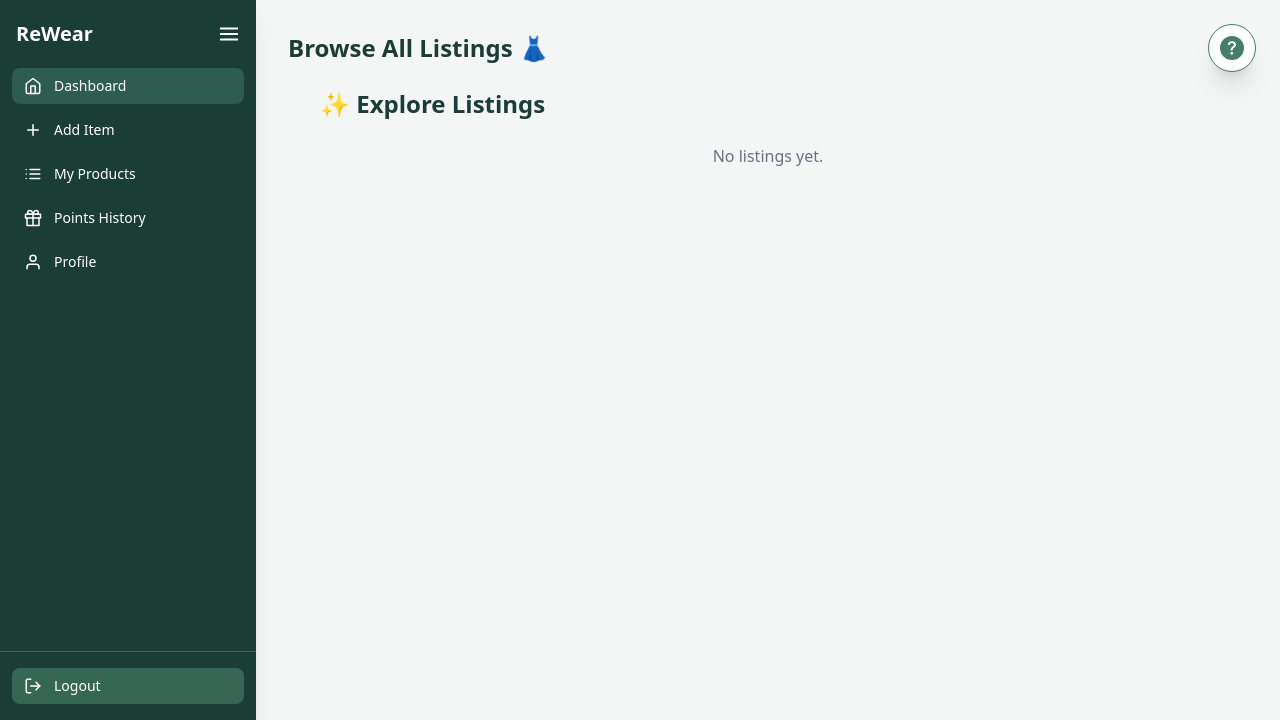
Repository: Swastikkkkk/vv
Page: /user (app in OneDrive/Desktop/Yuzichahal/frontend/)
The author's editor kept a copy of each file at every save. The page is drawn from the files as they stood at one save, then again after a run of saves.
The browser window is 1280 px wide. The pictures show the whole page.
The page's requests for data from a server got no answer. The project was rebuilt for these pictures with package versions that can differ from the ones it lists, and the page was loaded fresh each time. No one was signed in, and anything a server would have sent is missing. Also part of the build but not shown: OneDrive/Desktop/Yuzichahal/frontend/vite.config.js, OneDrive/Desktop/Yuzichahal/frontend/src/components/Navbar.jsx, OneDrive/Desktop/Yuzichahal/frontend/src/components/Herosection.jsx, OneDrive/Desktop/Yuzichahal/frontend/src/components/CategoriesSection.jsx, OneDrive/Desktop/Yuzichahal/frontend/src/components/Footer.jsx, OneDrive/Desktop/Yuzichahal/frontend/src/components/LandingPage.jsx, OneDrive/Desktop/Yuzichahal/frontend/src/components/Particles.css, OneDrive/Desktop/Yuzichahal/frontend/src/components/Signup.jsx and 9 more.

Above is the page before, as saved 2025-07-12 14:05:34.

### OneDrive/Desktop/Yuzichahal/frontend/src/App.jsx

// // src/App.js
// import React from 'react';
// import { BrowserRouter as Router, Routes, Route } from 'react-router-dom';
// import MyProducts from './components/user/MyProducts'; // ✅ NEW
// // Public Pages
// import LandingPage from './components/LandingPage';
// import Signup from './components/Signup';
// import Login from './components/Login';

// // User Dashboard Pages
// import UserDashboard from './components/user/UserDashboard';
// import AddListing from './components/user/AddListing';
// import PointsHistory from './components/user/PointsHistory';
// import ProfileDashboard from './components/user/ProfileDashboard'; // ✅ Import this
// // Admin Dashboard Page
// import AdminDashboard from './components/admin/AdminDashboard';

// // Shared Pages
// import ProductDetail from './components/ProductDetail';
// import NotFound from './components/NotFound';

// const App = () => {
//   return (
//     <Router>
//       <Routes>
//         {/* 🌐 Public Routes */}
//         <Route path="/" element={<LandingPage />} />
//         <Route path="/signup" element={<Signup />} />
//         <Route path="/login" element={<Login />} />

//         {/* 👤 User Routes */}
//         <Route path="/user" element={<UserDashboard />} />
//         <Route path="/user/add" element={<AddListing />} />
//         <Route path="/user/points" element={<PointsHistory />} />
// <Route path="/user/profile" element={<ProfileDashboard />} />
//         {/* 🛠 Admin Routes */}
//         <Route path="/user/my-products" element={<MyProducts userEmail="user@example.com" />} />
//         <Route path="/admin" element={<AdminDashboard />} />

//         {/* 🔁 Shared Routes */}
//         <Route path="/product/:productId" element={<ProductDetail />} />

//         {/* ❌ 404 Page */}
//         <Route path="*" element={<NotFound />} />
//       </Routes>
//     </Router>
//   );
// };

// export default App;
// src/App.js
import React from 'react';
import { BrowserRouter as Router, Routes, Route } from 'react-router-dom';
import { AuthProvider } from './AuthContext'; // ✅ Import context

// Public Pages
import LandingPage from './components/LandingPage';
import Signup from './components/Signup';
import Login from './components/Login';

// User Dashboard Pages
import UserDashboard from './components/user/UserDashboard';
import AddListing from './components/user/AddListing';
import PointsHistory from './components/user/PointsHistory';
import ProfileDashboard from './components/user/ProfileDashboard';
import MyProducts from './components/user/MyProducts';
import CategoryProducts from './components/CategoryProducts'; // 🆕
// Admin Dashboard Page
import AdminDashboard from './components/admin/AdminDashboard';

// Shared Pages
import ProductDetail from './components/ProductDetail';
import NotFound from './components/NotFound';

const App = () => {
  return (
    <AuthProvider>
      <Router>
        <Routes>
          {/* 🌐 Public Routes */}
          <Route path="/" element={<LandingPage />} />
          <Route path="/signup" element={<Signup />} />
          <Route path="/login" element={<Login />} />

          {/* 👤 User Routes */}
          <Route path="/user" element={<UserDashboard />} />
          <Route path="/user/add" element={<AddListing />} />
          <Route path="/user/points" element={<PointsHistory />} />
          <Route path="/user/profile" element={<ProfileDashboard />} />
          <Route path="/user/my-products" element={<MyProducts />} />

          {/* 🛠 Admin Routes */}
          <Route path="/admin" element={<AdminDashboard />} />

          {/* 🔁 Shared Routes */}
          <Route path="/product/:productId" element={<ProductDetail />} />
<Route path="/category/:categoryName" element={<CategoryProducts />} />
          {/* ❌ 404 Page */}
          <Route path="*" element={<NotFound />} />
        </Routes>
      </Router>
    </AuthProvider>
  );
};

export default App;

### OneDrive/Desktop/Yuzichahal/frontend/src/AuthContext.jsx
// src/AuthContext.js
import React, { createContext, useEffect, useState } from 'react';
import { onAuthStateChanged } from 'firebase/auth';
import { auth } from './components/FirebaseConfig'; // Adjust path as needed

export const AuthContext = createContext();

export const AuthProvider = ({ children }) => {
  const [user, setUser] = useState(null);
  const [authLoading, setAuthLoading] = useState(true);

  useEffect(() => {
    const unsubscribe = onAuthStateChanged(auth, (firebaseUser) => {
      setUser(firebaseUser);
      setAuthLoading(false);
    });

    return () => unsubscribe(); // Clean up listener
  }, []);

  return (
    <AuthContext.Provider value={{ user, authLoading }}>
      {children}
    </AuthContext.Provider>
  );
};
export default AuthProvider;

### OneDrive/Desktop/Yuzichahal/frontend/src/components/user/UserDashboard.jsx
// src/components/user/UserDashboard.jsx
import React from 'react';
import Sidebar from './Sidebar';
import ProductFeed from './ProductFeed';
import HelpTooltip from './HelpTooltip';

const UserDashboard = () => {
  return (
    <div className="min-h-screen flex bg-[#f3f6f5] overflow-x-hidden">
      {/* Sidebar */}
      <Sidebar />

      {/* Main */}
      <div className="relative flex-1 p-6 sm:p-8 overflow-y-auto">
        {/* Help Icon */}
        <div className="absolute top-6 right-6 z-10">
          <HelpTooltip />
        </div>

        {/* Heading */}
        <h1 className="text-2xl font-semibold text-[#1a3d35] mb-6">
          Browse All Listings 👗
        </h1>

        {/* Listings */}
        <ProductFeed />
      </div>
    </div>
  );
};

export default UserDashboard;

### OneDrive/Desktop/Yuzichahal/frontend/src/components/ImpactSection.jsx
// // import React from 'react';
// // import CountUp from 'react-countup';
// // import { FaTint, FaPeopleCarry, FaLeaf } from 'react-icons/fa';

// // const impacts = [
// //   {
// //     icon: <FaTint className="text-[#2b7a78] text-5xl mb-4" />,
// //     label: 'Liters of Water Saved',
// //     value: 20000,
// //     suffix: 'L',
// //     color: 'text-[#2b7a78]',
// //   },
// //   {
// //     icon: <FaPeopleCarry className="text-[#3a506b] text-5xl mb-4" />,
// //     label: 'People Helped',
// //     value: 500,
// //     suffix: '+',
// //     color: 'text-[#3a506b]',
// //   },
// //   {
// //     icon: <FaLeaf className="text-[#519872] text-5xl mb-4" />,
// //     label: 'Environmental Wins',
// //     value: 120,
// //     suffix: '+',
// //     color: 'text-[#519872]',
// //   },
// // ];

// // const ImpactSection = () => {
// //   return (
// //     <section className="bg-white py-20 px-4 w-full">
// //       <div className="max-w-6xl mx-auto text-center">
// //         <h2 className="text-4xl font-bold text-[#1a3d35] mb-12">Our Impact So Far</h2>

// //         <div className="grid grid-cols-1 md:grid-cols-3 gap-8">
// //           {impacts.map((impact, index) => (
// //             <div
// //               key={index}
// //               className="bg-[#f0f4f3] rounded-2xl p-8 shadow-md hover:shadow-xl transition duration-300"
// //             >
// //               <div className="flex justify-center">{impact.icon}</div>
// //               <h3 className={`text-3xl font-bold mt-4 ${impact.color}`}>
// //                 <CountUp end={impact.value} duration={2} />{impact.suffix}
// //               </h3>
// //               <p className="mt-2 text-[#1a3d35] font-medium">{impact.label}</p>
// //             </div>
// //           ))}
// //         </div>
// //       </div>
// //     </section>
// //   );
// // };

// // export default ImpactSection;
// import React from 'react';
// import CountUp from 'react-countup';
// import { FaTint, FaPeopleCarry, FaLeaf, FaGlobeAmericas } from 'react-icons/fa';

// const impacts = [
//   {
//     icon: <FaTint className="text-blue-500 text-6xl mb-4 drop-shadow-md" />,
//     label: 'Liters of Water Saved',
//     value: 20000,
//     suffix: 'L',
//     color: 'text-blue-600',
//   },
//   {
//     icon: <FaPeopleCarry className="text-yellow-600 text-6xl mb-4 drop-shadow-md" />,
//     label: 'People Helped',
//     value: 500,
//     suffix: '+',
//     color: 'text-yellow-700',
//   },
//   {
//     icon: <FaLeaf className="text-green-600 text-6xl mb-4 drop-shadow-md" />,
//     label: 'Environmental Wins',
//     value: 120,
//     suffix: '+',
//     color: 'text-green-700',
//   },
// ];

// const ImpactSection = () => {
//   return (
//     <section className="relative bg-gradient-to-br from-[#e0f7ec] to-[#f1f8f6] py-20 px-4 w-full overflow-hidden">
//       <div className="max-w-6xl mx-auto text-center relative z-10">
//         <h2 className="text-4xl md:text-5xl font-extrabold text-[#1a3d35] mb-4 tracking-tight">
//           Our Impact So Far
//         </h2>
//         <p className="text-lg md:text-xl text-gray-600 mb-12 max-w-2xl mx-auto">
//           Every small action makes a big difference. Here's what our community has achieved together.
//         </p>

//         <div className="grid grid-cols-1 md:grid-cols-3 gap-8">
//           {impacts.map((impact, index) => (
//             <div
//               key={index}
//               className="bg-white rounded-2xl p-8 shadow-lg hover:shadow-xl transition duration-300 transform hover:scale-[1.03]"
//             >
//               <div className="flex justify-center">{impact.icon}</div>
//               <h3 className={`text-4xl font-bold mt-4 ${impact.color}`}>
//                 <CountUp end={impact.value} duration={2} />{impact.suffix}
//               </h3>
//               <p className="mt-2 text-[#1a3d35] font-medium text-lg">{impact.label}</p>
//             </div>
//           ))}
//         </div>

//         {/* Earth call to action */}
//         <div className="mt-20 text-center flex flex-col items-center justify-center">
//           <FaGlobeAmericas className="text-[#1a3d35] text-7xl mb-4 animate-pulse" />
//           <h3 className="text-3xl md:text-4xl font-bold text-[#1a3d35]">
//             You’re Helping Save the 🌍
//           </h3>
//           <p className="mt-4 text-gray-600 text-lg max-w-xl">
//             With every item reused or donated, we reduce waste, save water, and take one step closer to a greener future.
//           </p>
//           <button className="mt-6 bg-[#447d68] text-white px-8 py-3 rounded-full text-lg font-semibold hover:bg-[#366755] transition-all duration-300 shadow-md">
//             Contribute to the Cause
//           </button>
//         </div>
//       </div>

//       {/* Soft background globe */}
//       <div className="absolute bottom-0 right-0 opacity-10 z-0">
//         <FaGlobeAmericas className="text-[250px] text-green-500" />
//       </div>
//     </section>
//   );
// };

// export default ImpactSection;
import React from 'react';
import CountUp from 'react-countup';
import { FaTint, FaPeopleCarry, FaExchangeAlt, FaGlobeAmericas } from 'react-icons/fa';
import { useNavigate } from 'react-router-dom';

const impacts = [
  {
    icon: <FaTint className="text-blue-500 text-6xl mb-4 drop-shadow-md" />,
    label: 'Water Saved',
    value: 20000,
    suffix: 'L',
    color: 'text-blue-600',
    description: 'Liters of water saved through reused fashion',
  },
  {
    icon: <FaPeopleCarry className="text-yellow-600 text-6xl mb-4 drop-shadow-md" />,
    label: 'People Helped',
    value: 2000,
    suffix: '+',
    color: 'text-yellow-700',
    description: 'Lives touched through sustainable choices',
  },
  {
    icon: <FaExchangeAlt className="text-green-600 text-6xl mb-4 drop-shadow-md" />,
    label: 'Exchanges Made',
    value: 1050,
    suffix: '+',
    color: 'text-green-700',
    description: 'Successful item exchanges across categories',
  },
];

const ImpactSection = () => {
  const navigate = useNavigate();

  return (
    <section className="relative bg-gradient-to-br from-[#e6f7f2] to-[#f4faf7] py-20 px-4 w-full overflow-hidden font-sans">
      <div className="max-w-6xl mx-auto text-center relative z-10">
        <h2 className="text-4xl md:text-5xl font-extrabold text-[#1a3d35] mb-4 tracking-tight">
          Our Collective Impact
        </h2>
        <p className="text-lg md:text-xl text-gray-600 mb-12 max-w-2xl mx-auto">
          Your small contributions are driving massive environmental change. Here's what we've achieved together.
        </p>

        <div className="grid grid-cols-1 md:grid-cols-3 gap-8">
          {impacts.map((impact, index) => (
            <div
              key={index}
              className="bg-white rounded-2xl p-8 shadow-md hover:shadow-xl transition duration-300 transform hover:scale-[1.03]"
            >
              <div className="flex justify-center">{impact.icon}</div>
              <h3 className={`text-4xl font-bold mt-4 ${impact.color}`}>
                <CountUp end={impact.value} duration={2} />{impact.suffix}
              </h3>
              <p className="mt-1 text-xl font-semibold text-[#1a3d35]">{impact.label}</p>
              <p className="mt-2 text-gray-500 text-sm">{impact.description}</p>
            </div>
          ))}
        </div>

        {/* Earth call to action */}
        <div className="mt-20 text-center flex flex-col items-center justify-center">
          <FaGlobeAmericas className="text-[#1a3d35] text-7xl mb-4 animate-pulse" />
          <h3 className="text-3xl md:text-4xl font-bold text-[#1a3d35] leading-snug">
            Be a part of the movement to save our planet 🌍
          </h3>
          <p className="mt-4 text-gray-600 text-lg max-w-xl">
            Every item you share or receive reduces waste and brings us one step closer to a sustainable future.
          </p>
          <button
            onClick={() => navigate('/signup')}
            className="mt-6 bg-[#447d68] text-white px-8 py-3 rounded-full text-lg font-semibold hover:bg-[#366755] transition-all duration-300 shadow-md"
          >
            Contribute to the Cause
          </button>
        </div>
      </div>

      {/* Soft background globe */}
      <div className="absolute bottom-0 right-0 opacity-10 z-0">
        <FaGlobeAmericas className="text-[250px] text-green-500" />
      </div>
    </section>
  );
};

export default ImpactSection;

### OneDrive/Desktop/Yuzichahal/frontend/src/components/user/Sidebar.jsx
import React, { useState } from 'react';
import { NavLink, useNavigate } from 'react-router-dom';
import {
  FiMenu,
  FiLogOut,
  FiPlus,
  FiUser,
  FiHome,
  FiList,
  FiGift
} from 'react-icons/fi';

const Sidebar = () => {
  const navigate = useNavigate();
  const [collapsed, setCollapsed] = useState(false);

  const navItems = [
    { label: 'Dashboard', path: '/user', icon: <FiHome /> },
    { label: 'Add Item', path: '/user/add', icon: <FiPlus /> },
    { label: 'My Products', path: '/user/my-products', icon: <FiList /> },
    { label: 'Points History', path: '/user/points', icon: <FiGift /> },
    { label: 'Profile', path: '/user/profile', icon: <FiUser /> }
  ];

  const handleLogout = () => {
    // TODO: Add Firebase logout
    navigate('/');
  };

  return (
    <div
      className={`h-screen bg-[#1a3d35] text-white shadow-xl flex flex-col justify-between transition-all duration-300 ease-in-out ${
        collapsed ? 'w-20' : 'w-64'
      }`}
    >
      {/* Top Section */}
      <div>
        {/* Logo & Collapse Toggle */}
        <div className="flex items-center justify-between px-4 py-5">
          {!collapsed && <h2 className="text-xl font-bold">ReWear</h2>}
          <button
            onClick={() => setCollapsed(!collapsed)}
            className="text-white focus:outline-none transition-transform duration-200"
          >
            <FiMenu size={22} className="hover:scale-110" />
          </button>
        </div>

        {/* Navigation Links */}
        <nav className="px-3 space-y-2">
          {navItems.map((item) => (
            <NavLink
              key={item.path}
              to={item.path}
              className={({ isActive }) =>
                `flex items-center gap-3 px-3 py-2 rounded-lg text-sm font-medium transition-all duration-200 ${
                  isActive ? 'bg-[#2e5c4f]' : 'hover:bg-[#2e5c4f]/70'
                }`
              }
            >
              <span className="text-lg">{item.icon}</span>
              {!collapsed && <span>{item.label}</span>}
            </NavLink>
          ))}
        </nav>
      </div>

      {/* Logout Section */}
      <div className="px-3 py-4 border-t border-white/20">
        <button
          onClick={handleLogout}
          className="w-full flex items-center gap-3 py-2 px-3 text-sm font-medium rounded-lg bg-[#366755] hover:bg-[#2f5c4d] transition"
        >
          <FiLogOut className="text-lg" />
          {!collapsed && <span>Logout</span>}
        </button>
      </div>
    </div>
  );
};

export default Sidebar;

### OneDrive/Desktop/Yuzichahal/frontend/src/components/user/HelpTooltip.jsx
// src/components/user/HelpTooltip.jsx
import React, { useState } from 'react';
import { Dialog } from '@headlessui/react';
import { FiX, FiCopy } from 'react-icons/fi';
import { BsQuestionCircleFill } from 'react-icons/bs';
import { useAuthState } from 'react-firebase-hooks/auth';
import { auth } from '../FirebaseConfig';

const HelpTooltip = () => {
  const [isOpen, setIsOpen] = useState(false);
  const [copied, setCopied] = useState(false);
  const [user] = useAuthState(auth);

  const referralLink = user
    ? `https://rewear.com/signup?ref=${user.uid}`
    : 'https://rewear.com/signup';

  const handleCopy = () => {
    navigator.clipboard.writeText(referralLink);
    setCopied(true);
    setTimeout(() => setCopied(false), 2000);
  };

  return (
    <>
      {/* Floating Question Button */}
      <button
        onClick={() => setIsOpen(true)}
        className="w-12 h-12 flex items-center justify-center rounded-full bg-white shadow-xl border text-[#447d68] hover:bg-[#447d68] hover:text-white transition-all z-50"
        title="Learn about points"
      >
        <BsQuestionCircleFill className="w-6 h-6" />
      </button>

      {/* Modal */}
      <Dialog open={isOpen} onClose={() => setIsOpen(false)} className="relative z-50">
        <div className="fixed inset-0 bg-black/30 backdrop-blur-sm" aria-hidden="true" />
        <div className="fixed inset-0 flex items-center justify-center p-4">
          <Dialog.Panel className="w-full max-w-md rounded-2xl bg-white/70 backdrop-blur-xl p-6 shadow-2xl border border-[#c4dcd4] animate-fade-in relative">
            {/* Close Button */}
            <button
              onClick={() => setIsOpen(false)}
              className="absolute top-3 right-3 text-gray-500 hover:text-gray-700"
            >
              <FiX className="w-5 h-5" />
            </button>

            {/* Title */}
            <Dialog.Title className="text-2xl font-bold text-[#1a3d35] mb-5">
              🌟 How ReWear Points Work
            </Dialog.Title>

            {/* Explanation */}
            <div className="space-y-4 text-sm text-gray-800 leading-relaxed">
              <p>🧵 <strong>Upload a Product:</strong> +5 points</p>
              <p>🔁 <strong>Complete an Exchange:</strong> +15 points</p>
              <p>🎁 <strong>Refer & Earn:</strong> +20 points per signup via your referral link</p>
              <p>💱 <strong>Use Points:</strong> Redeem points to unlock exclusive listings or faster exchanges</p>
              <p>📈 <strong>More Points = More Trust</strong>: Earn badges, faster approvals & more visibility</p>
            </div>

            {/* Referral Box */}
            <div className="mt-6">
              <label className="block text-sm font-semibold text-[#1a3d35] mb-1">
                Your Referral Link:
              </label>
              <div className="flex items-center bg-gray-100 border rounded-lg px-3 py-2">
                <span className="flex-1 text-xs break-all text-[#1a3d35]">{referralLink}</span>
                <button
                  onClick={handleCopy}
                  className="ml-2 text-sm text-[#447d68] hover:text-[#2d5b4b] flex items-center"
                >
                  <FiCopy className="w-4 h-4 mr-1" />
                  {copied ? "Copied!" : "Copy"}
                </button>
              </div>
            </div>

            {/* CTA */}
            <div className="mt-6 text-right">
              <button
                onClick={() => setIsOpen(false)}
                className="px-4 py-2 bg-[#447d68] text-white rounded-lg hover:bg-[#366755] transition"
              >
                Got it!
              </button>
            </div>
          </Dialog.Panel>
        </div>
      </Dialog>
    </>
  );
};

export default HelpTooltip;

Loaded but not shown: OneDrive/Desktop/Yuzichahal/frontend/index.html (common file); OneDrive/Desktop/Yuzichahal/frontend/src/App.css (common file); OneDrive/Desktop/Yuzichahal/frontend/src/main.jsx (common file); OneDrive/Desktop/Yuzichahal/frontend/src/components/FirebaseConfig.js (26 lines, source omitted); OneDrive/Desktop/Yuzichahal/frontend/src/components/user/ProductFeed.jsx (348 lines, source omitted)

After the next 2 saves:
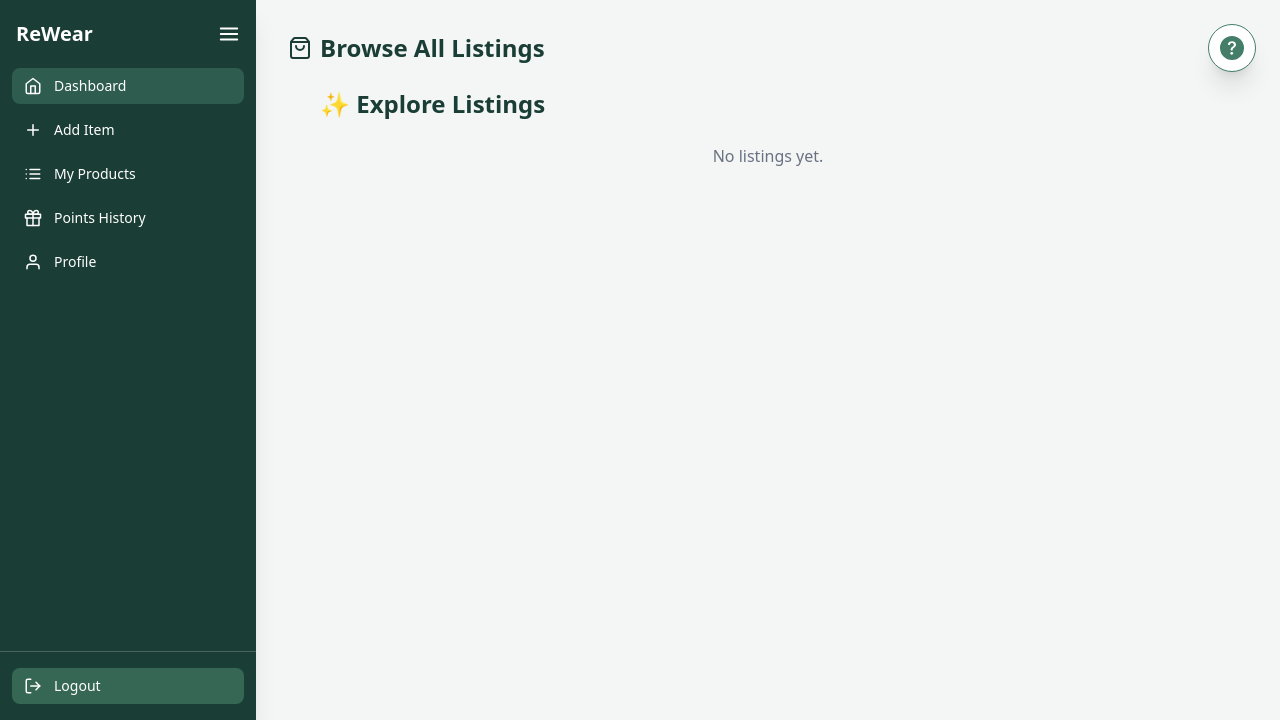
The 2 saves are shown as one change because they came seconds apart.
The last was saved 2 min 0 s later.
--- a/OneDrive/Desktop/Yuzichahal/frontend/src/components/user/UserDashboard.jsx
+++ b/OneDrive/Desktop/Yuzichahal/frontend/src/components/user/UserDashboard.jsx
@@ -1,26 +1,74 @@
+// // src/components/user/UserDashboard.jsx
+// import React from 'react';
+// import Sidebar from './Sidebar';
+// import ProductFeed from './ProductFeed';
+// import HelpTooltip from './HelpTooltip';
+
+// const UserDashboard = () => {
+//   return (
+//     <div className="min-h-screen flex bg-[#f3f6f5] overflow-x-hidden">
+//       {/* Sidebar */}
+//       <Sidebar />
+
+//       {/* Main */}
+//       <div className="relative flex-1 p-6 sm:p-8 overflow-y-auto">
+//         {/* Help Icon */}
+//         <div className="absolute top-6 right-6 z-10">
+//           <HelpTooltip />
+//         </div>
+
+//         {/* Heading */}
+//         <h1 className="text-2xl font-semibold text-[#1a3d35] mb-6">
+//           Browse All Listings 👗
+//         </h1>
+
+//         {/* Listings */}
+//         <ProductFeed />
+//       </div>
+//     </div>
+//   );
+// };
+
+// export default UserDashboard;
 // src/components/user/UserDashboard.jsx
-import React from 'react';
+import React, { useEffect, useState } from 'react';
 import Sidebar from './Sidebar';
 import ProductFeed from './ProductFeed';
 import HelpTooltip from './HelpTooltip';
+import { ShoppingBag } from 'lucide-react'; // Icon
 
 const UserDashboard = () => {
+  const [show, setShow] = useState(false);
+
+  useEffect(() => {
+    // Trigger animation on mount
+    const timeout = setTimeout(() => setShow(true), 50);
+    return () => clearTimeout(timeout);
+  }, []);
+
   return (
     <div className="min-h-screen flex bg-[#f3f6f5] overflow-x-hidden">
       {/* Sidebar */}
       <Sidebar />
 
       {/* Main */}
-      <div className="relative flex-1 p-6 sm:p-8 overflow-y-auto">
+      <div
+        className={`relative flex-1 p-6 sm:p-8 overflow-y-auto transform transition-opacity duration-700 ease-in-out ${
+          show ? 'opacity-100 translate-y-0' : 'opacity-0 translate-y-4'
+        }`}
+      >
         {/* Help Icon */}
         <div className="absolute top-6 right-6 z-10">
           <HelpTooltip />
         </div>
 
-        {/* Heading */}
-        <h1 className="text-2xl font-semibold text-[#1a3d35] mb-6">
-          Browse All Listings 👗
-        </h1>
+        {/* Heading with icon */}
+        <div className="flex items-center gap-2 mb-6">
+          <ShoppingBag className="text-[#1a3d35] w-6 h-6" />
+          <h1 className="text-2xl font-semibold text-[#1a3d35]">
+            Browse All Listings
+          </h1>
+        </div>
 
         {/* Listings */}
         <ProductFeed />
